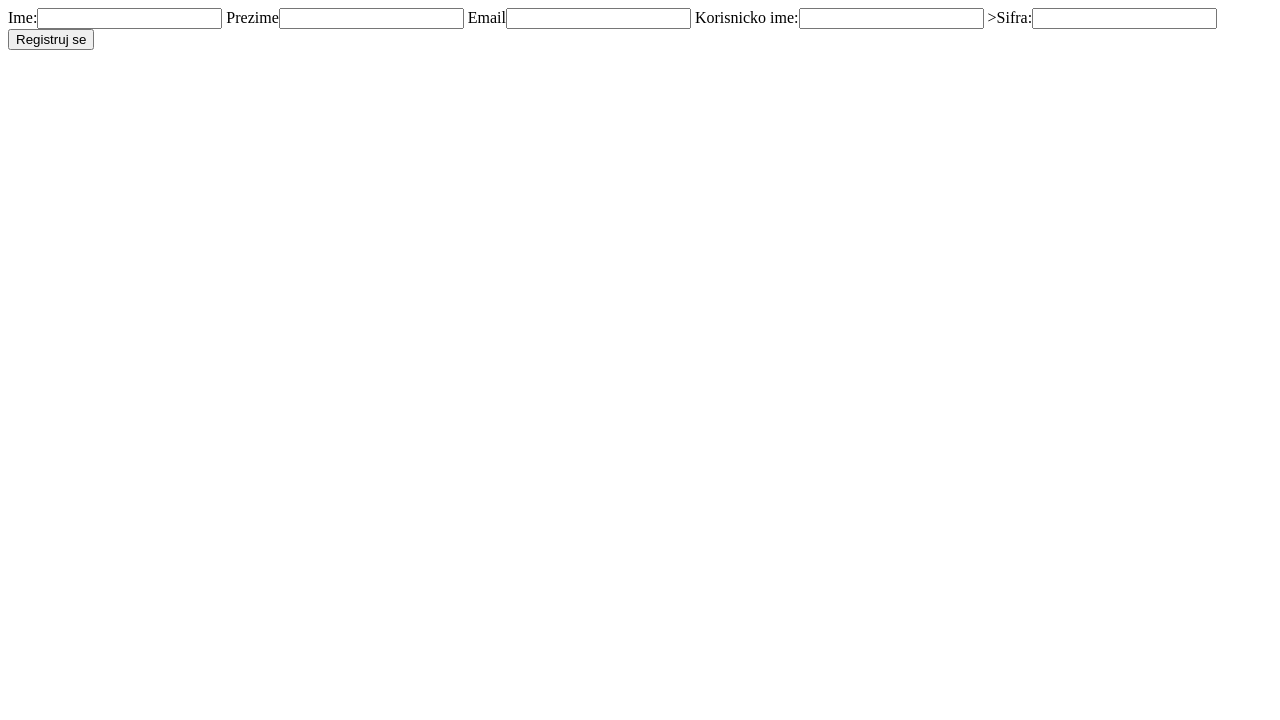
Repository: Shaft01/IS2Agency
Page: http://localhost/AgencijaWeb/register.jsp
The author's editor kept a copy of each file at every save. The page is drawn from the files as they stood at one save, then again after the next save.
The browser window is 1280 px wide. The pictures show the whole page.
The page is served by Tomcat 9.

Above is the page before, as saved 2019-06-19 20:04:08.

After the next save:
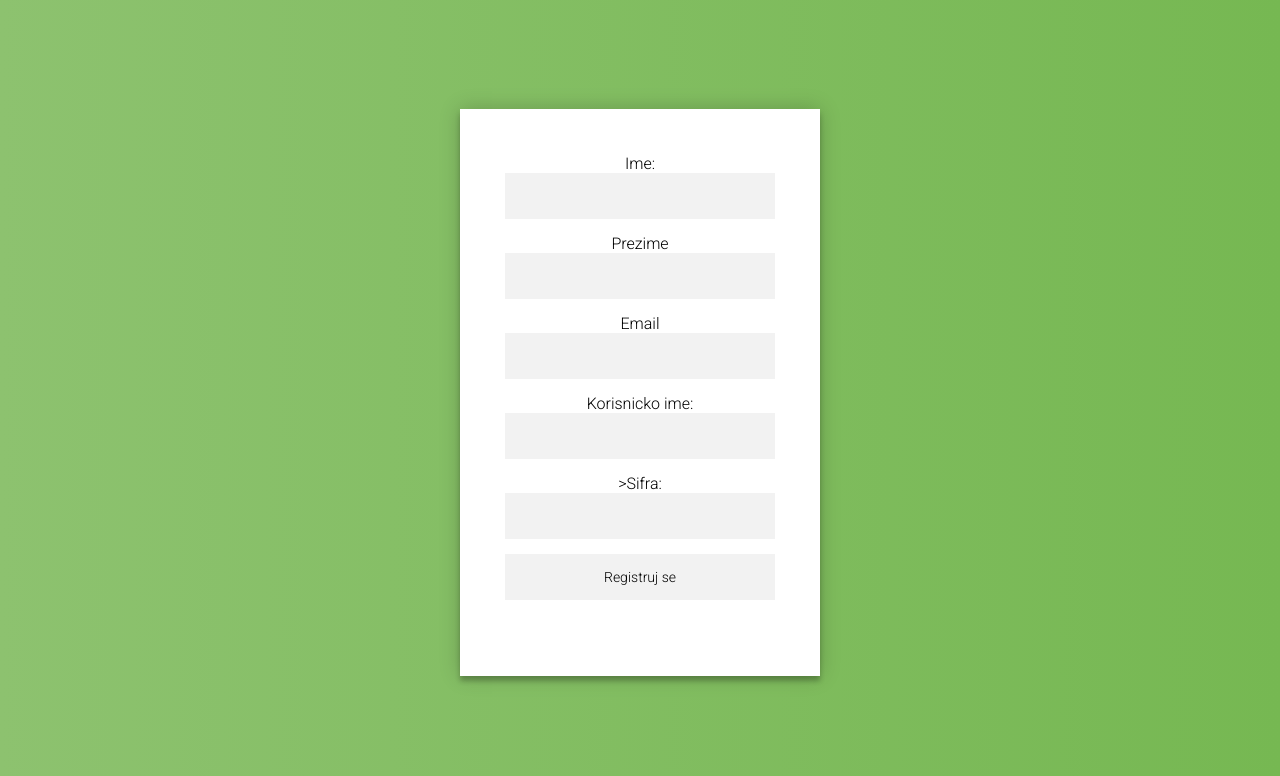
Saved 7 min 34 s later.
--- a/IS2Projekat/AgencijaWeb/src/main/webapp/register.jsp
+++ b/IS2Projekat/AgencijaWeb/src/main/webapp/register.jsp
@@ -6,13 +6,13 @@
 <head>
 <meta charset="ISO-8859-1">
 <title>Register</title>
-	<!-- <link rel="stylesheet" type="text/css" href="${pageContext.request.contextPath }/css/styles.css"> -->
+	<link rel="stylesheet" type="text/css" href="${pageContext.request.contextPath }/css/styles.css">
 
 </head>
 <body>
 <div class="login-page">
 <div class="form">
-<form  class="register-form" action="/Agencija/auth/register"  method="post">
+<form  class="login-form" action="/Agencija/auth/register"  method="post">
 
   	   Ime:<input type="text" name="ime"/>
   		Prezime<input type="text" name="prezime"/>
